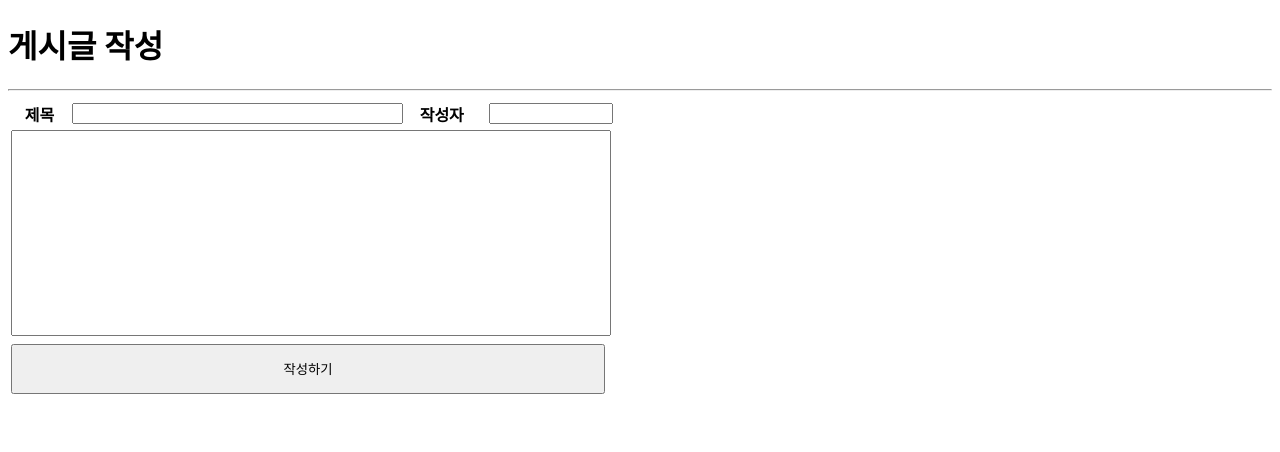
Repository: bbookk1104/spring-workspace
Page: http://localhost/02_SpringMVC_CRUD/boardWriteFrm.do
These files come from the project's save history. The page is drawn as it stood at one moment and after the next save; the edit follows.
The browser window is 1280 px wide. The pictures show the whole page.
The page is served by Tomcat 9.

Above is the page before, as saved 2022-10-04 05:27:48.

After the next save:
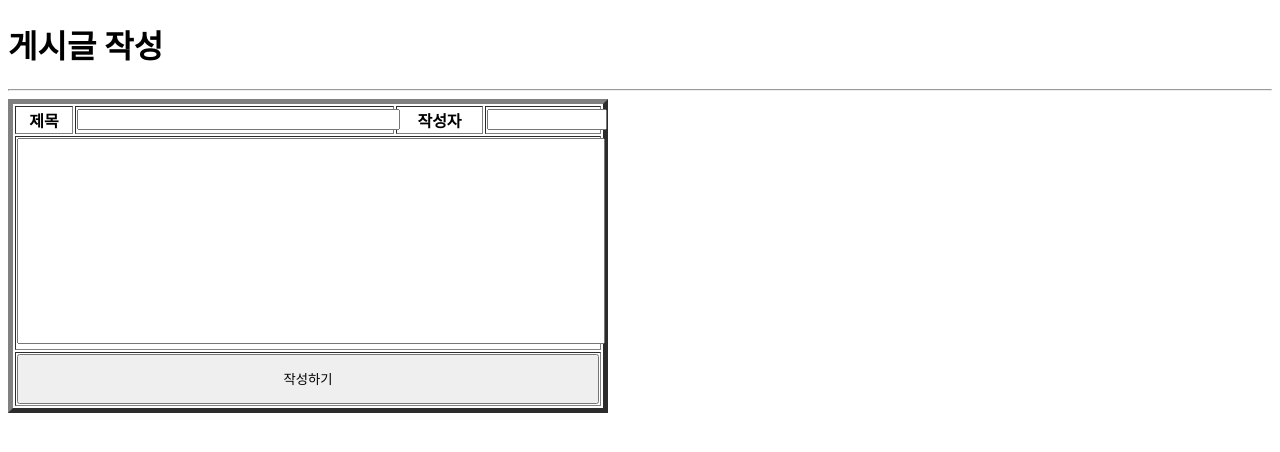
Saved 57 s later.
--- a/02_SpringMVC_CRUD/src/main/webapp/WEB-INF/views/board/boardWriteFrm.jsp
+++ b/02_SpringMVC_CRUD/src/main/webapp/WEB-INF/views/board/boardWriteFrm.jsp
@@ -10,7 +10,7 @@
 	<h1>게시글 작성</h1>
 	<hr>
 	<form action="/boardWrite.do" method="post">
-		<table style="width:600px">
+		<table style="width:600px" border=5>
 			<tr>
 				<th style="width:10%">제목</th>
 				<td style="width:55%">
